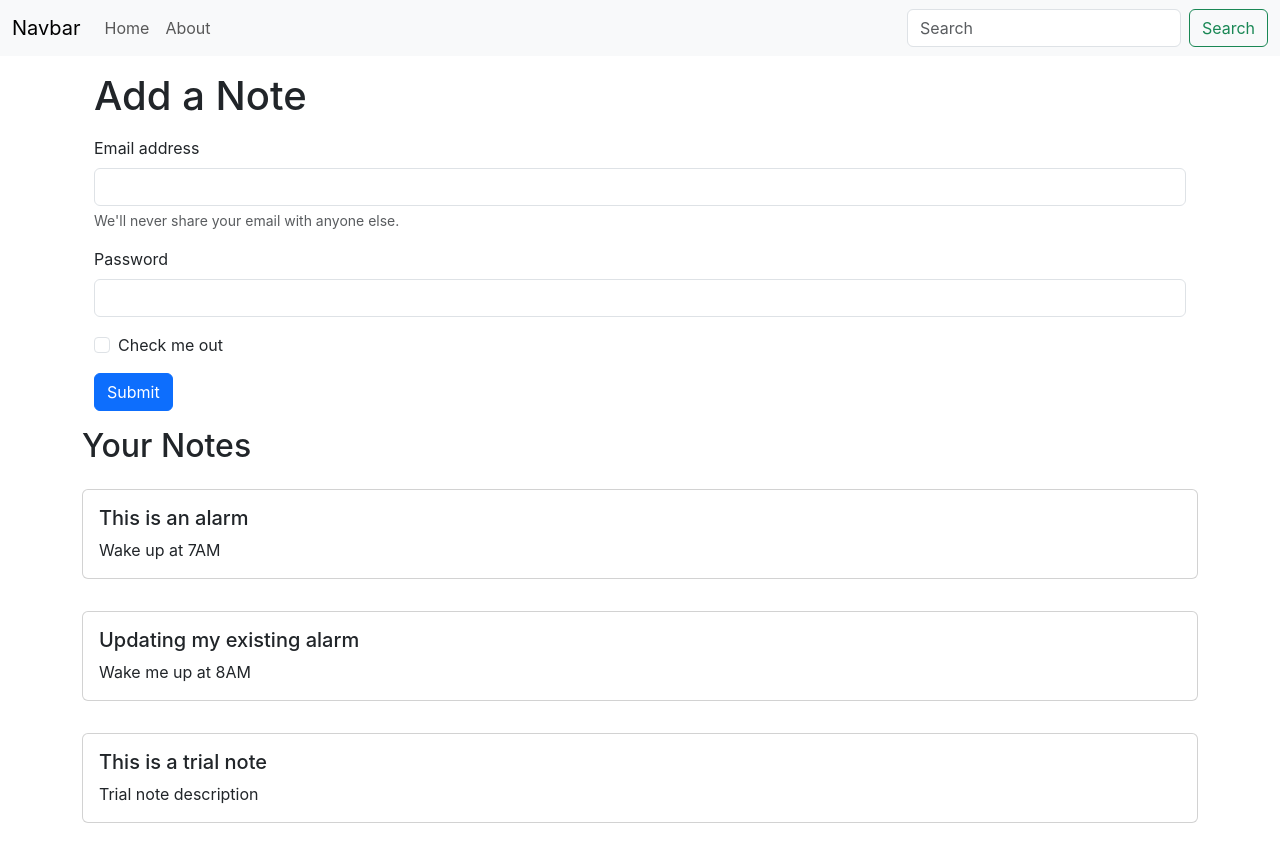
Repository: bhaveshdaipuria/inotebook
Page: /home
These files come from the project's save history. The page is drawn as it stood at one moment and after the next save; the edit follows.
The browser window is 1280 px wide. The pictures show the whole page.
The project was rebuilt for these pictures with package versions that can differ from the ones it lists, and the page was loaded fresh each time. Also part of the build but not shown: src/App.css, src/components/About.js.

Above is the page before, as saved 2023-05-03 14:01:53.

### public/index.html
<!DOCTYPE html>
<html lang="en">
  <head>
    <meta charset="utf-8" />
    <link rel="icon" href="%PUBLIC_URL%/favicon.ico" />
    <meta name="viewport" content="width=device-width, initial-scale=1" />
    <meta name="theme-color" content="#000000" />
    <meta
      name="description"
      content="Web site created using create-react-app"
    />
    <link rel="apple-touch-icon" href="%PUBLIC_URL%/logo192.png" />
    <link href="https://cdn.jsdelivr.net/npm/bootstrap@5.3.0-alpha3/dist/css/bootstrap.min.css" rel="stylesheet" integrity="sha384-KK94CHFLLe+nY2dmCWGMq91rCGa5gtU4mk92HdvYe+M/SXH301p5ILy+dN9+nJOZ" crossorigin="anonymous">
    <!--
      manifest.json provides metadata used when your web app is installed on a
      user's mobile device or desktop. See https://developers.google.com/web/fundamentals/web-app-manifest/
    -->
    <link rel="manifest" href="%PUBLIC_URL%/manifest.json" />
    <!--
      Notice the use of %PUBLIC_URL% in the tags above.
      It will be replaced with the URL of the `public` folder during the build.
      Only files inside the `public` folder can be referenced from the HTML.

      Unlike "/favicon.ico" or "favicon.ico", "%PUBLIC_URL%/favicon.ico" will
      work correctly both with client-side routing and a non-root public URL.
      Learn how to configure a non-root public URL by running `npm run build`.
    -->
    <title>iNotebook</title>
  </head>
  <body>
    <noscript>You need to enable JavaScript to run this app.</noscript>
    <div id="root"></div>
    <!--
      This HTML file is a template.
      If you open it directly in the browser, you will see an empty page.

      You can add webfonts, meta tags, or analytics to this file.
      The build step will place the bundled scripts into the <body> tag.

      To begin the development, run `npm start` or `yarn start`.
      To create a production bundle, use `npm run build` or `yarn build`.
    -->
  </body>
  <script src="https://cdn.jsdelivr.net/npm/bootstrap@5.3.0-alpha3/dist/js/bootstrap.bundle.min.js" integrity="sha384-ENjdO4Dr2bkBIFxQpeoTz1HIcje39Wm4jDKdf19U8gI4ddQ3GYNS7NTKfAdVQSZe" crossorigin="anonymous"></script>
</html>

### src/App.js
import './App.css';
import Navbar from './components/Navbar';
import Home  from './components/Home';
import { BrowserRouter, Routes, Route } from 'react-router-dom';
import About from './components/About';
import NoteState from './context/notes/NoteState';

function App() {
  return (
    <>
    <NoteState>
    <BrowserRouter>
    <Navbar/>
    <div className='container'>
      <Routes>
      <Route exact path = '/home' element={<Home/>}/>
      <Route exact path = '/about' element={<About/>}/>
    </Routes>
    </div>
    </BrowserRouter>
    </NoteState>
    </>
  );
}

export default App;

### src/components/Navbar.js
import React, { useEffect } from "react";
import { Link, useLocation } from "react-router-dom";

function Navbar() {
  let location = useLocation();
  useEffect(()=>{
    console.log(location.pathname)
  }, [location]);
  return (
    <nav className="navbar navbar-expand-lg bg-body-tertiary">
      <div className="container-fluid">
        <Link className="navbar-brand" to="/">
          Navbar
        </Link>
        <button
          className="navbar-toggler"
          type="button"
          data-bs-toggle="collapse"
          data-bs-target="#navbarSupportedContent"
          _aria-controls="navbarSupportedContent"
          aria-expanded="false"
          aria-label="Toggle navigation"
        >
          <span className="navbar-toggler-icon"></span>
        </button>
        <div className="collapse navbar-collapse" id="navbarSupportedContent">
          <ul className="navbar-nav me-auto mb-2 mb-lg-0">
            <li className="nav-item">
              <Link className={`nav-link ${location.pathname === '/'?"active":""}`} aria-current="page" to="/home">
                Home
              </Link>
            </li>
            <li className="nav-item">
              <Link className={`nav-link ${location.pathname === '/about'?"active":""}`} to="/about">
                About
              </Link>
            </li>
          </ul>
          <form className="d-flex" role="search">
            <input
              className="form-control me-2"
              type="search"
              placeholder="Search"
              aria-label="Search"
            />
            <button className="btn btn-outline-success" type="submit">
              Search
            </button>
          </form>
        </div>
      </div>
    </nav>
  );
}

export default Navbar;

### src/components/Home.js
import React, {useContext} from 'react';
import noteContext from '../context/notes/noteContext';
import NoteItem from './NoteItem';

function Home() {
  const context = useContext(noteContext);
  const{notes, setNotes} = context;
  return (
    <div>
    <div className='container my-3'>
    <h1>Add a Note</h1>
    <form className='my-3'>
  <div className="mb-3">
    <label for="exampleInputEmail1" className="form-label">Email address</label>
    <input type="email" className="form-control" id="exampleInputEmail1" aria-describedby="emailHelp"/>
    <div id="emailHelp" className="form-text">We'll never share your email with anyone else.</div>
  </div>
  <div className="mb-3">
    <label for="exampleInputPassword1" className="form-label">Password</label>
    <input type="password" className="form-control" id="exampleInputPassword1"/>
  </div>
  <div className="mb-3 form-check">
    <input type="checkbox" className="form-check-input" id="exampleCheck1"/>
    <label className="form-check-label" for="exampleCheck1">Check me out</label>
  </div>
  <button type="submit" className="btn btn-primary">Submit</button>
</form>
</div>
    <div className='row my-3'>
    <h2>Your Notes</h2>
    {notes.map((note)=>{
      return <NoteItem note = {note}/>
    })}
    </div>
    </div>
  )
}

export default Home;

### src/context/notes/NoteState.js
import NoteContext from "./noteContext";
import { useState } from "react";

const  NoteState = (props)=>{
    const notesInitial = [
        {
          "_id": "644f7e8be617961a0e690ce2",
          "user": "644f7d94e617961a0e690ccc",
          "title": "This is an alarm",
          "description": "Wake up at 7AM",
          "tag": "General",
          "date": "2023-05-01T08:55:39.717Z",
          "__v": 0
        },
        {
          "_id": "644f7ea9e617961a0e690ce5",
          "user": "644f7d94e617961a0e690ccc",
          "title": "Updating my existing alarm",
          "description": "Wake me up at 8AM",
          "tag": "Updated Alarm",
          "date": "2023-05-01T08:56:09.511Z",
          "__v": 0
        },
        {
          "_id": "644f8271f19dd960cfe94ffd",
          "user": "644f7d94e617961a0e690ccc",
          "title": "This is a trial note",
          "description": "Trial note description",
          "tag": "General",
          "date": "2023-05-01T09:12:17.622Z",
          "__v": 0
        }
      ]
      const [notes, setNotes] = useState(notesInitial)
    return(
        <NoteContext.Provider value={{notes, setNotes}}>
            {props.children}
        </NoteContext.Provider>
    )
}

export default NoteState;

### src/components/NoteItem.js
import React from 'react'

function NoteItem(props) {
    const {note} = props;
  return (
    <div className='col-mid-3'>
    <div className='card my-3'>
        <div className='card-body'>
            <h5 className='card-title'>{note.title}</h5>
            <p className='card-text'>{note.description}</p>
        </div>
    </div>
    </div>
  )
}

export default NoteItem;

Loaded but not shown: src/index.js (common file); src/index.css (common file); src/context/notes/noteContext.js (common file)

After the next save:
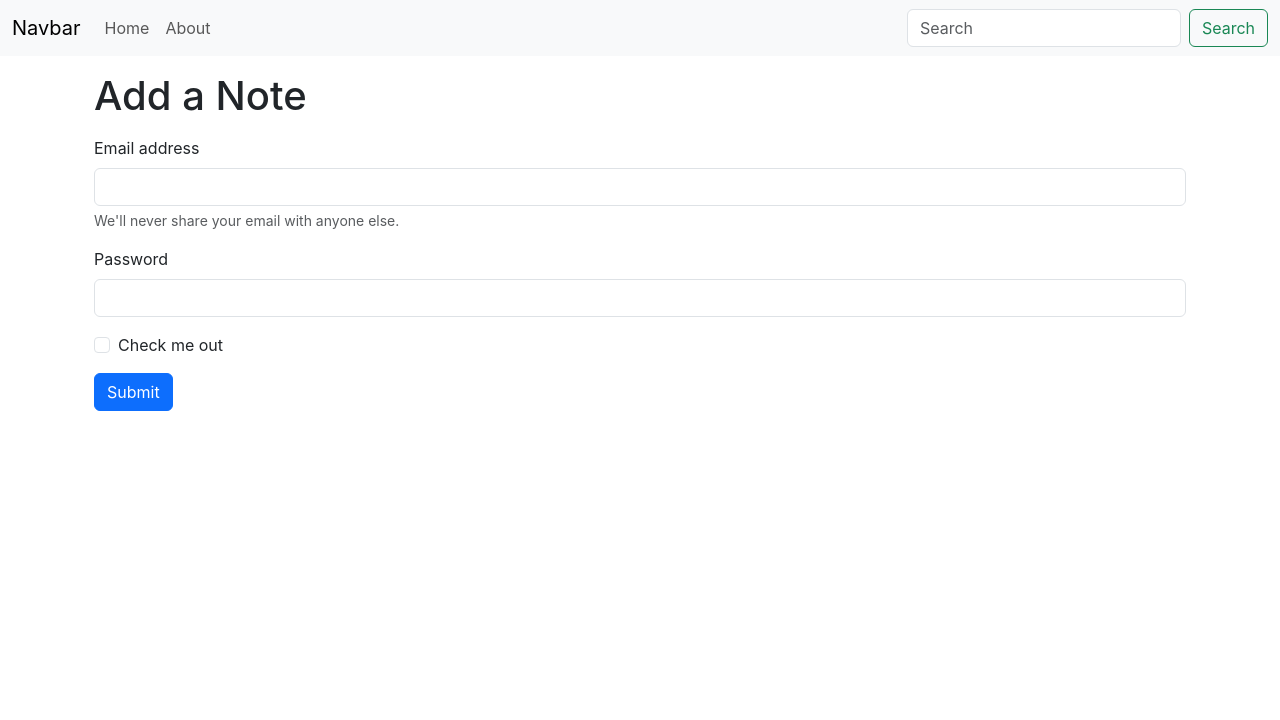
Saved 114 s later.
--- a/src/components/Home.js
+++ b/src/components/Home.js
@@ -1,10 +1,7 @@
-import React, {useContext} from 'react';
-import noteContext from '../context/notes/noteContext';
+import React from 'react';
 import NoteItem from './NoteItem';
 
 function Home() {
-  const context = useContext(noteContext);
-  const{notes, setNotes} = context;
   return (
     <div>
     <div className='container my-3'>
@@ -26,13 +23,7 @@
   <button type="submit" className="btn btn-primary">Submit</button>
 </form>
 </div>
-    <div className='row my-3'>
-    <h2>Your Notes</h2>
-    {notes.map((note)=>{
-      return <NoteItem note = {note}/>
-    })}
-    </div>
-    </div>
+</div>
   )
 }
 
